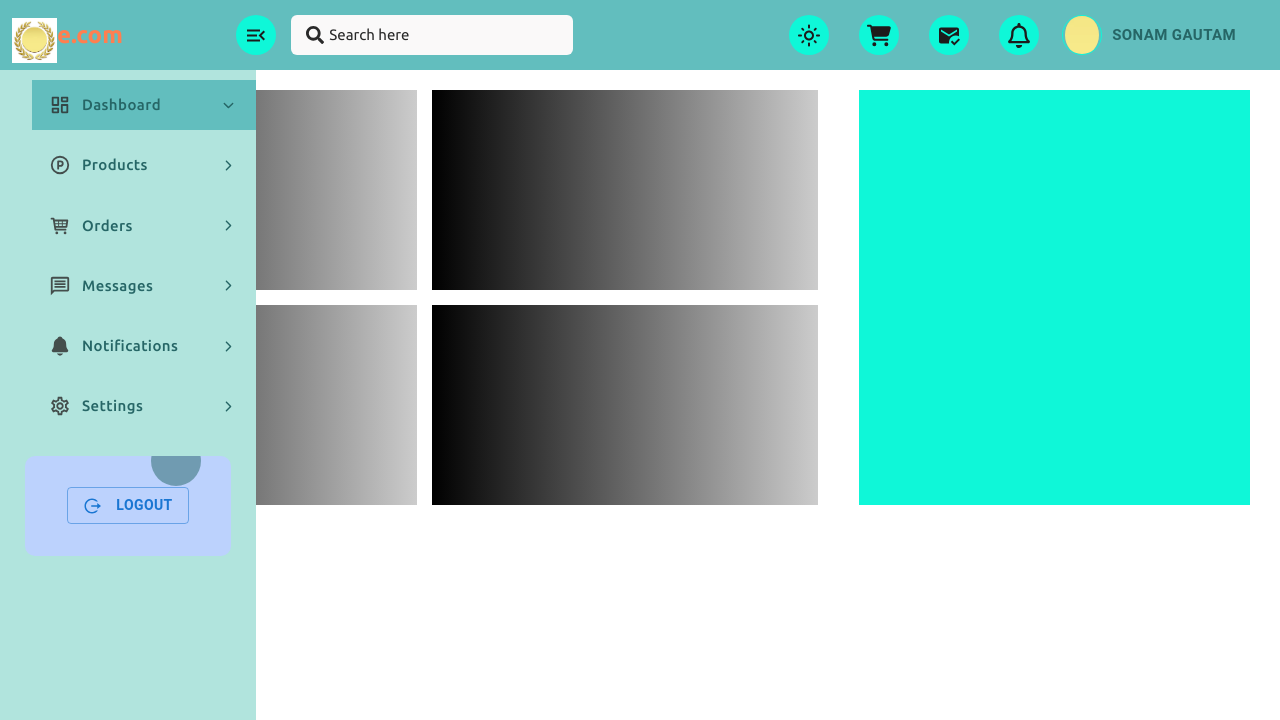
Repository: gautamsonam011/admin-react-dashboard
Page: /
The author's editor kept a copy of each file at every save. The page is drawn from the files as they stood at one save, then again after the next save.
The browser window is 1280 px wide. The pictures show the whole page.
The project was rebuilt for these pictures with package versions that can differ from the ones it lists, and the page was loaded fresh each time.

Above is the page before, as saved 2025-04-16 13:12:21.

After the next save:
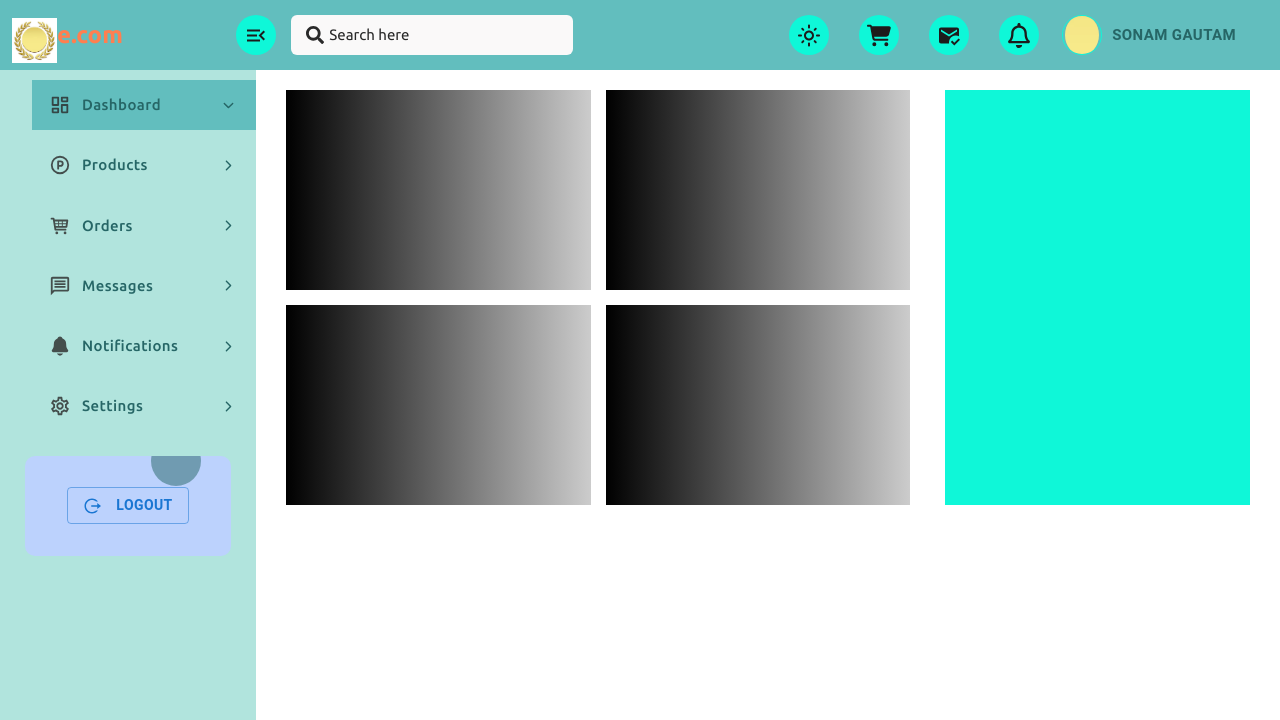
Saved 43 s later.
--- a/src/App.js
+++ b/src/App.js
@@ -13,11 +13,11 @@ function App() {
       <div className='sidebarWrapper'>
         <Sidebar/>
       </div>
-    </div>
-    <div className='content'>
+      <div className='content'>
     <Routes>
       <Route path = "/" exact={true} element={<Dashboard/>} />
     </Routes>
+    </div>
     </div>
 
     </BrowserRouter>
